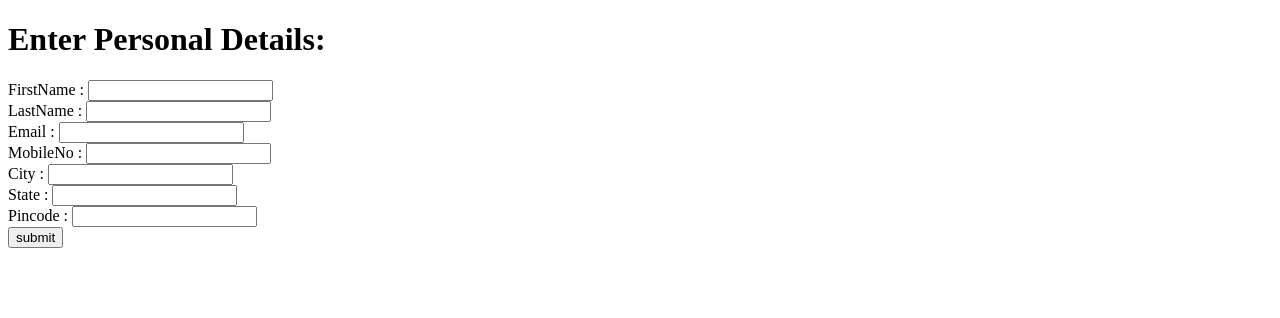
Repository: Pranathi99/FlyAway
Page: http://localhost/FlyAway/registration.jsp
The author's editor kept a copy of each file at every save. The page is drawn from the files as they stood at one save, then again after the next save.
The browser window is 1280 px wide. The pictures show the whole page.
The page is served by Tomcat 9. The template is opened directly, without the code that normally fills it, so the values that code supplies are empty.

Above is the page before, as saved 2023-03-26 09:54:38.

After the next save:
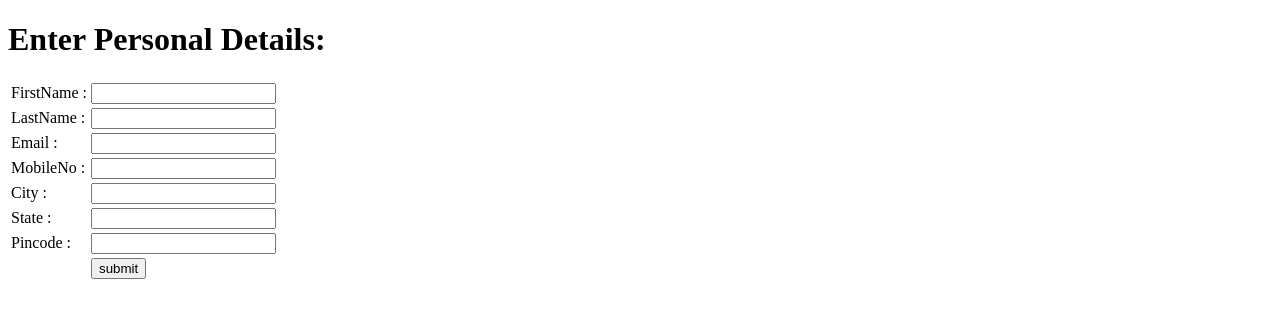
Saved 4 min 26 s later.
--- a/FlyAway/src/main/webapp/registration.jsp
+++ b/FlyAway/src/main/webapp/registration.jsp
@@ -9,14 +9,40 @@
 <body>
 <h1>Enter Personal Details:</h1>
 	<form action="Confirmation?flightId=${flight_id}" method="post">
-		FirstName : <input type="text" name="fname"/><br/>
-		LastName : <input type="text" name="lname"/><br/>
-		Email : <input type="email" name="email"/><br/>
-		MobileNo : <input type="text" name="mobileNo"/><br/>
-		City : <input type="text" name="city"/><br/>
-		State : <input type="text" name="state"/><br/>
-		Pincode : <input type="text" name="pincode"/><br/>
-		<input type="submit" value="submit"/>
+		<table>
+			<tr>
+				<td>FirstName : </td>
+				<td><input type="text" name="fname"/></td>
+			</tr>
+			<tr>
+				<td>LastName : </td>
+				<td><input type="text" name="lname"/></td>
+			</tr>
+			<tr>
+				<td>Email : </td>
+				<td><input type="email" name="email"/></td>
+			</tr>
+			<tr>
+				<td>MobileNo : </td>
+				<td><input type="text" name="mobileNo"/></td>
+			</tr>
+			<tr>
+				<td>City : </td>
+				<td><input type="text" name="city"/></td>
+			</tr>
+			<tr>
+				<td>State : </td>
+				<td><input type="text" name="state"/></td>
+			</tr>
+			<tr>
+				<td>Pincode : </td>
+				<td><input type="text" name="pincode"/></td>
+			</tr>
+			<tr>
+				<td></td>
+				<td><input type="submit" value="submit"/></td>
+			</tr>
+		</table>
 	</form>
 </body>
 </body>
